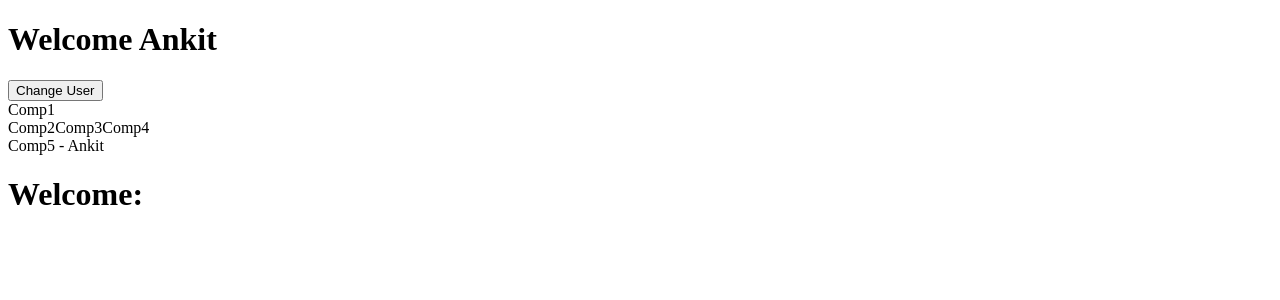
Repository: ankitgujre01/myAppContext2
Page: /
The author's editor kept a copy of each file at every save. The page is drawn from the files as they stood at one save, then again after a run of saves.
The browser window is 1280 px wide. The pictures show the whole page.
The project was rebuilt for these pictures with package versions that can differ from the ones it lists, and the page was loaded fresh each time. Also part of the build but not shown: vite.config.js.

Above is the page before, as saved 2025-04-16 17:49:03.

### src/App.jsx
import React from 'react'
import { useState, createContext } from 'react';
import Comp1 from './Comp1';
import Cybrom from './Cybrom';


const myContext = createContext();

const App = () => {

  const [name, setName] = useState("Raman");

  const [user, setUser] = useState("Ankit");

  return (
    <>
      <h1>Welcome {user}</h1>
      <button onClick={() => setUser("Ankit Kumar")}>Change User</button>
      <myContext.Provider value={{ user, setUser }}>
        <Comp1 />

      </myContext.Provider>
      <myContext.Provider value={{ name, setName }}>
        <Cybrom />
      </myContext.Provider>
    </>
  )
}

export default App;
export { myContext };

### src/Comp1.jsx
import React from 'react'
import Comp2 from './Comp2';
const Comp1 = ({user}) => {
    return (
      <>
      <div>Comp1</div>
            <Comp2 user={user} />
            </>
  )
}

export default Comp1;

### src/Cybrom.jsx
import React from 'react'
import { useContext } from 'react';
import { myContext } from './App';
const Cybrom = () => {
    const { name } = useContext(myContext);
    console.log(name);
  return (
      <>
          <h1>Welcome: </h1>
      </>
  )
}

export default Cybrom;

### src/Comp2.jsx
import React from 'react'
import Comp3 from './Comp3';


const Comp2 = ({user}) => {
  return (
      <div>Comp2
          <Comp3 user={user}/>
    </div>
  )
}

export default Comp2;

### src/Comp3.jsx
import React from 'react'
import Comp4 from './Comp4';

const Comp3 = ({user}) => {
  return (
      <>
          Comp3
          <Comp4 user={user}/>
      </>
  )
}

export default Comp3;

### src/Comp4.jsx
import React from 'react'
import Comp5 from './Comp5';


const Comp4 = ({user}) => {
  return (
      <>
          Comp4
          <Comp5 user={user}/>
      </>
  )
}

export default Comp4;

### src/Comp5.jsx
import React, { useContext } from 'react';
import { myContext } from './App';

const Comp5 = () => {
  const { user } = useContext(myContext);

  return (
    <>
      <div>Comp5 - {user}</div>
    </>
  );
};

export default Comp5;

Loaded but not shown: index.html (common file); src/main.jsx (common file)

After the next 3 saves:
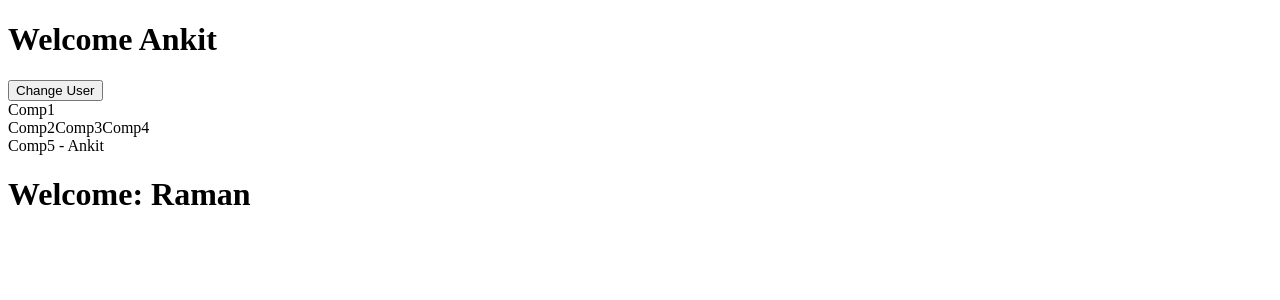
The 3 saves are shown as one change because they came seconds apart.
The last was saved 11 s later.
--- a/src/Cybrom.jsx
+++ b/src/Cybrom.jsx
@@ -6,7 +6,7 @@ const Cybrom = () => {
     console.log(name);
   return (
       <>
-          <h1>Welcome: </h1>
+          <h1>Welcome: {name} </h1>
       </>
   )
 }
